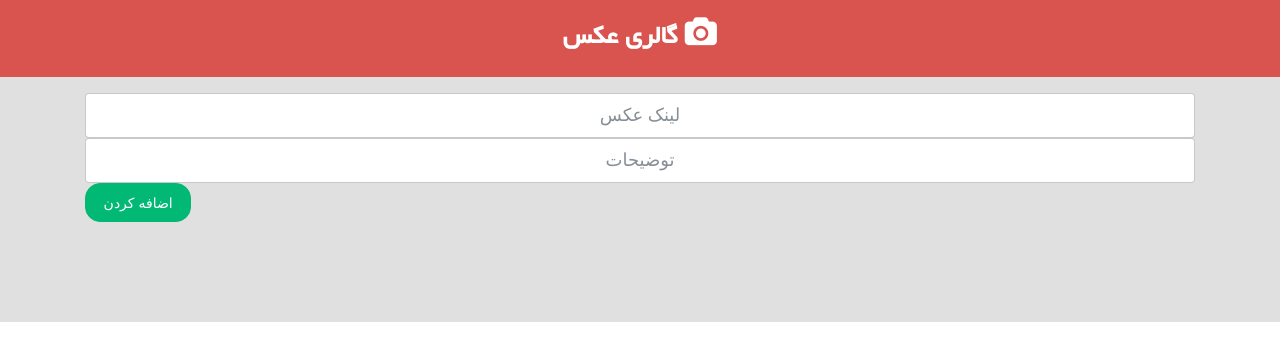
Repository: sadegh1379/PhotoWall-app
Page: /addphoto
The author's editor kept a copy of each file at every save. The page is drawn from the files as they stood at one save, then again after the next save.
The browser window is 1280 px wide. The pictures show the whole page.
The project was rebuilt for these pictures with package versions that can differ from the ones it lists, and the page was loaded fresh each time. Also part of the build but not shown: src/Component/Photo.js, src/Component/PhotoWall.js.

Above is the page before, as saved 2020-02-22 13:21:37.

After the next save:
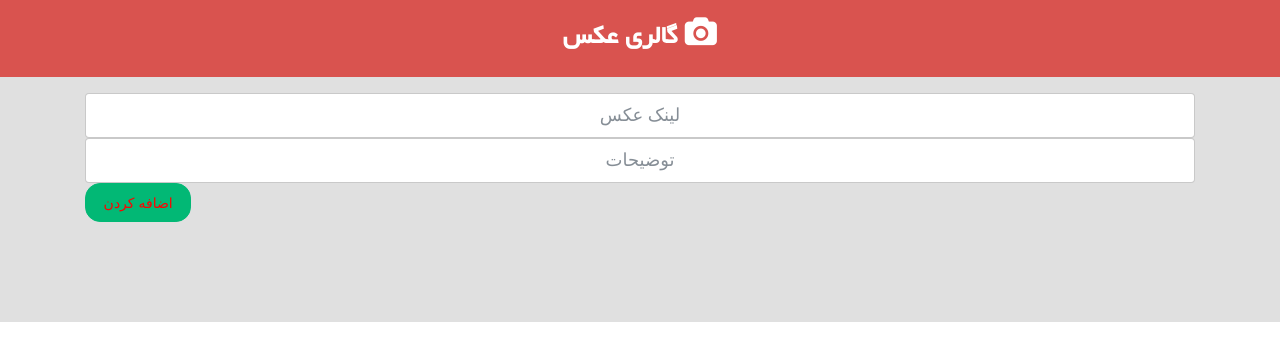
Saved 4 s later.
--- a/src/App.css
+++ b/src/App.css
@@ -47,5 +47,5 @@
 
 .add-form button{
     margin: 20 auto;
-
+    color:red
 }

After the save that followed:
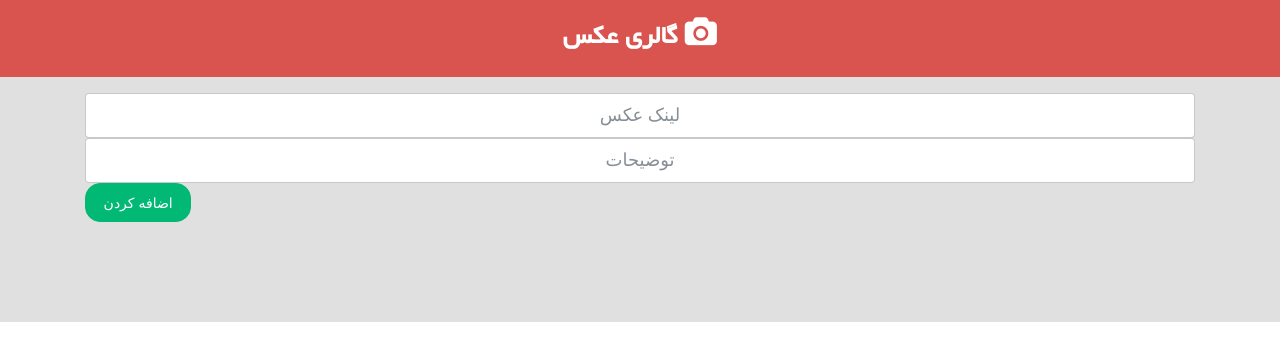
Saved 4 s later.
--- a/src/App.css
+++ b/src/App.css
@@ -47,5 +47,5 @@
 
 .add-form button{
     margin: 20 auto;
-    color:red
+
 }
